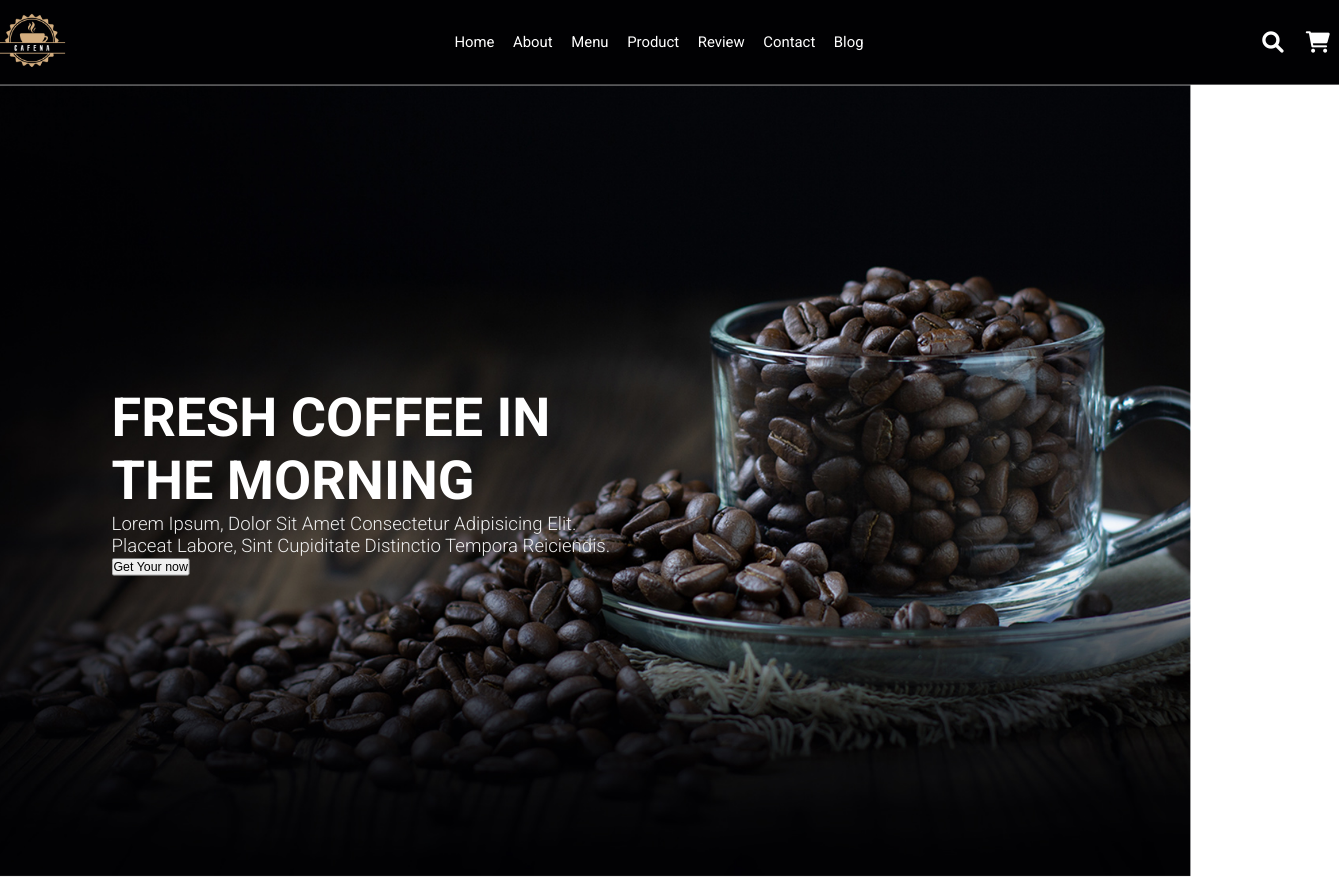
Repository: Dinhthai303/DinhThai
Page: index.html
These files come from the project's save history. The page is drawn as it stood at one moment and after the next save; the edit follows.
The browser window is 1280 px wide. The page is 1440 px wide, so the pictures cover 1440 px, including what lies to the right of the window. The pictures show the whole page, at 93% of full size.

Above is the page before, as saved 2021-11-28 00:04:07.

After the next save:
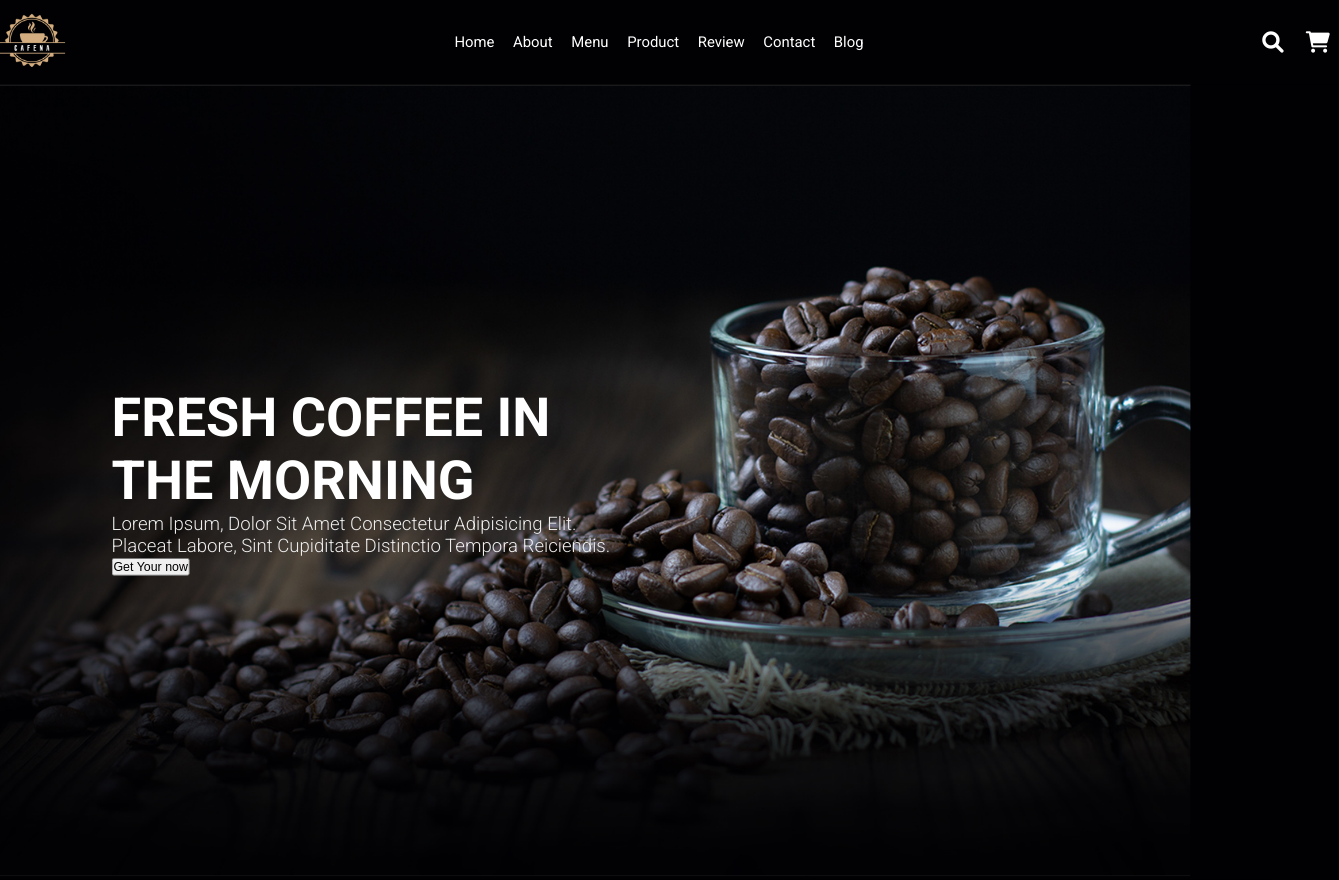
Saved 19 s later.
--- a/css/style.css
+++ b/css/style.css
@@ -5,7 +5,8 @@
 }
 body{
     font-family: 'Roboto', sans-serif;
-    /* background-color: #010103; */
+    background-color: #010103;
+    font-weight: 400;
 }
 .container{
     width: 1440px;
